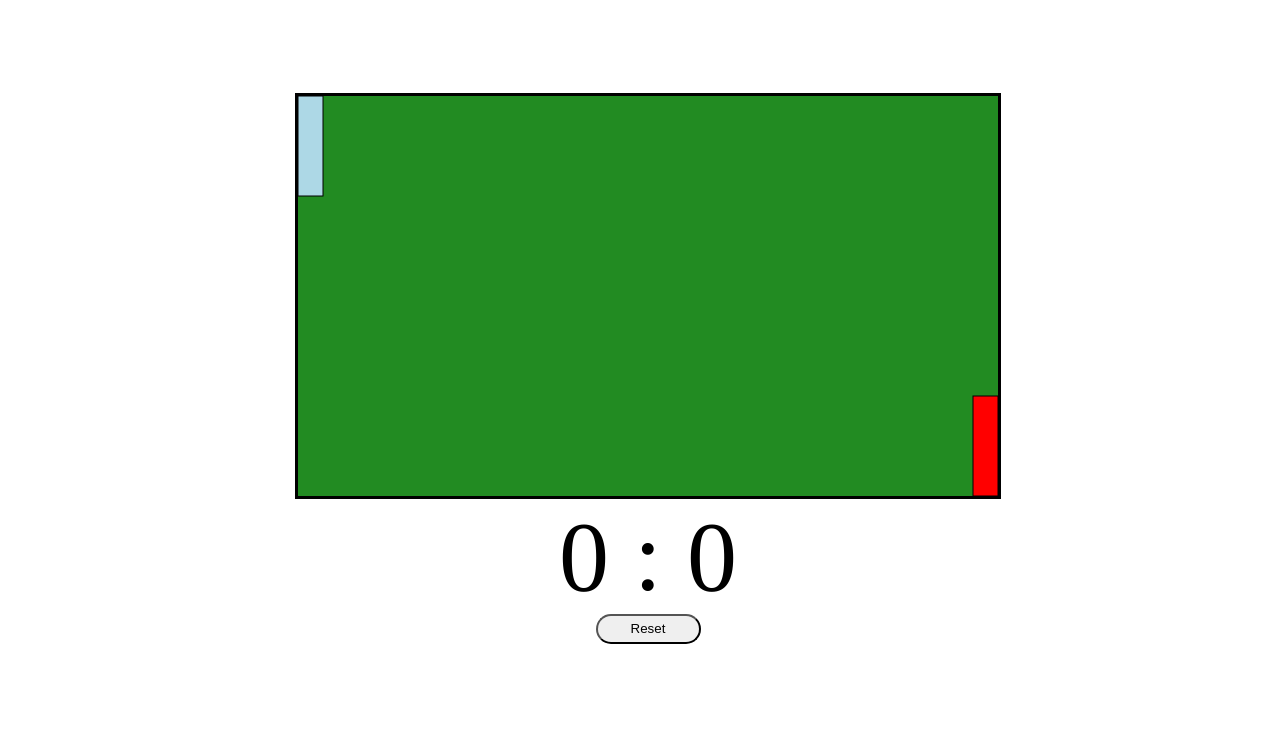
Repository: zacheys123/ping-pong
Page: index.html
An editor plug-in stored every save of this project. The page is shown before and after the next save, followed by the edit.
The browser window is 1280 px wide. The page is 1288 px wide, so the pictures cover 1288 px, including what lies to the right of the window. The pictures show the whole page.

Above is the page before, as saved 2023-07-01 00:03:48.

After the next save:
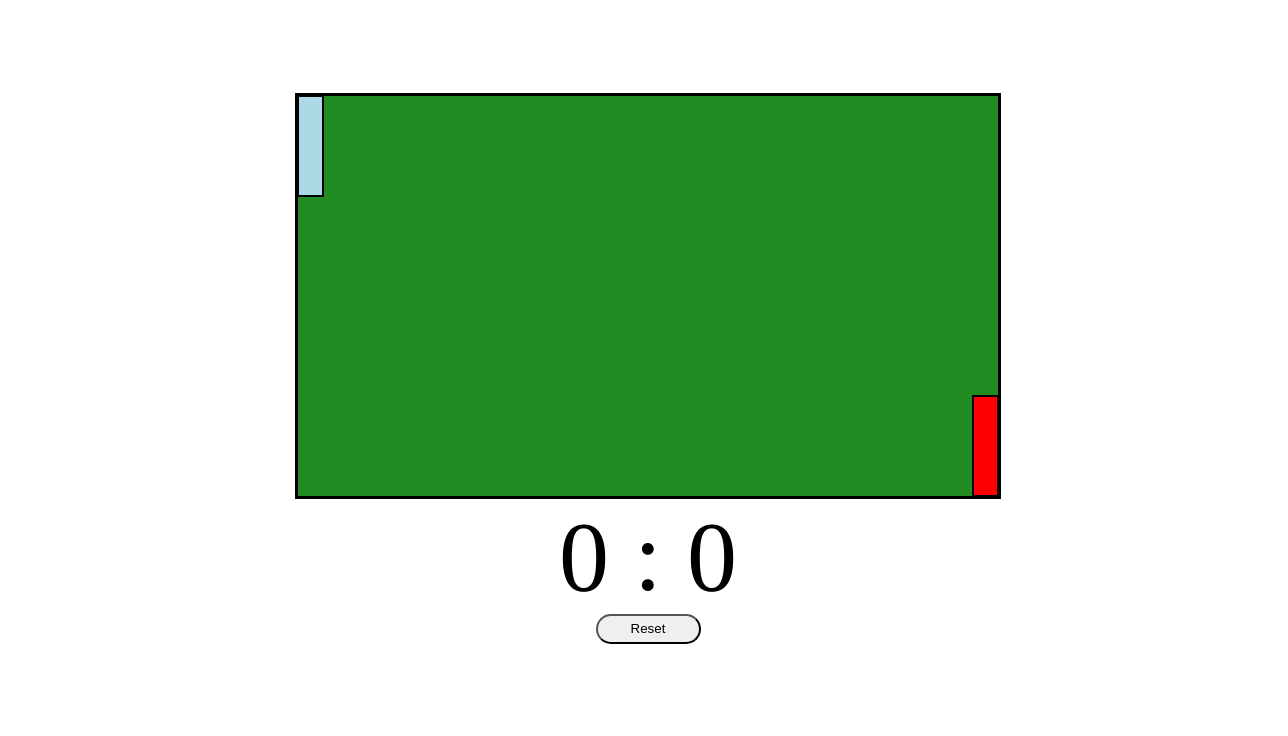
Saved 19 s later.
--- a/index.js
+++ b/index.js
@@ -55,6 +55,7 @@
 	ctx.fillStyle = ballcolor;
 
 	ctx.strokeStyle = ballborder;
+	ctx.lineWidth = 2;
 }
 function clearBoard() {
 	ctx.fillStyle = gameColor;

After the 2 saves that followed:
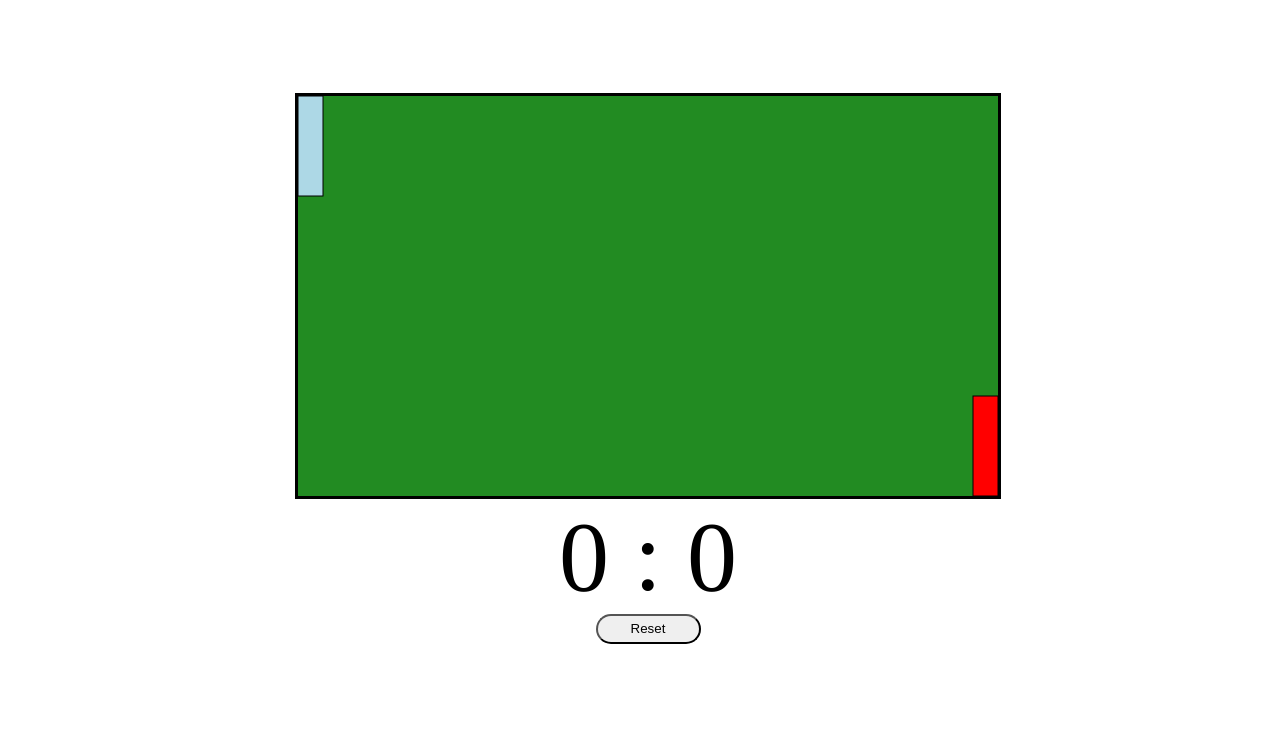
Console error: ReferenceError: stroke is not defined
The 2 saves are shown as one change because 1 left the picture as it was.
The last was saved 61 s later.
--- a/index.js
+++ b/index.js
@@ -56,6 +56,10 @@
 
 	ctx.strokeStyle = ballborder;
 	ctx.lineWidth = 2;
+	ctx.beginPath();
+	ctx.arc(ballX, ballY, ballradius, 0, 2 * Math.PI);
+	ctx, stroke();
+	ctx.fill();
 }
 function clearBoard() {
 	ctx.fillStyle = gameColor;
